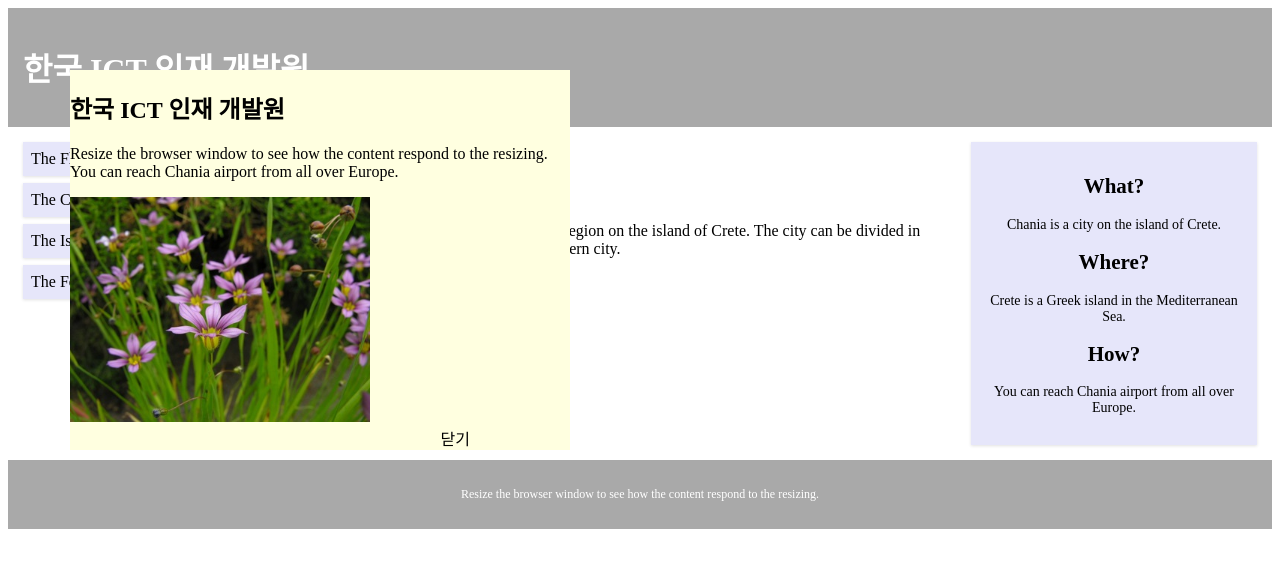
Repository: wjsjsn/23_webstudy
Page: 03_javascript/src/main/webapp/day02/Ex19_event.html
These files come from the project's save history. The page is drawn as it stood at one moment and after the next save; the edit follows.
The browser window is 1280 px wide. The pictures show the whole page.

Above is the page before, as saved 2023-06-28 08:12:22.

After the next save:
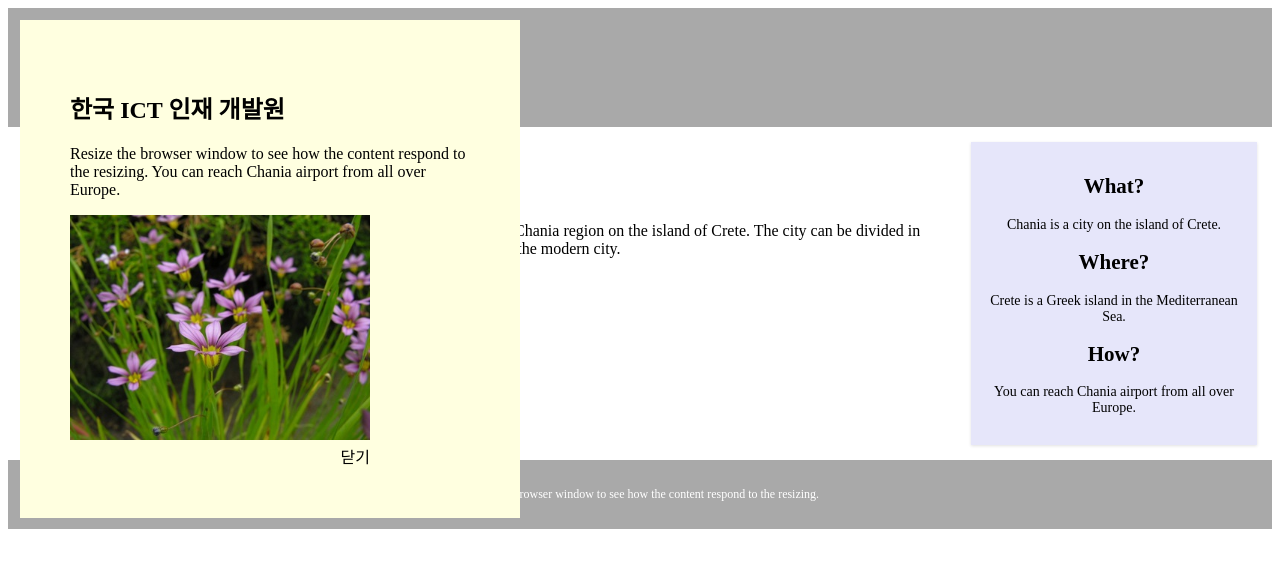
Saved 15 s later.
--- a/03_javascript/src/main/webapp/day02/Ex19_event.html
+++ b/03_javascript/src/main/webapp/day02/Ex19_event.html
@@ -91,7 +91,7 @@ div#popup {
 	left: 20px;
 	overflow: hidden;
 	background-color: lightyellow;
-	margin: 50px;
+	padding: 50px;
 	}
 </style>
 <script type="text/javascript">
